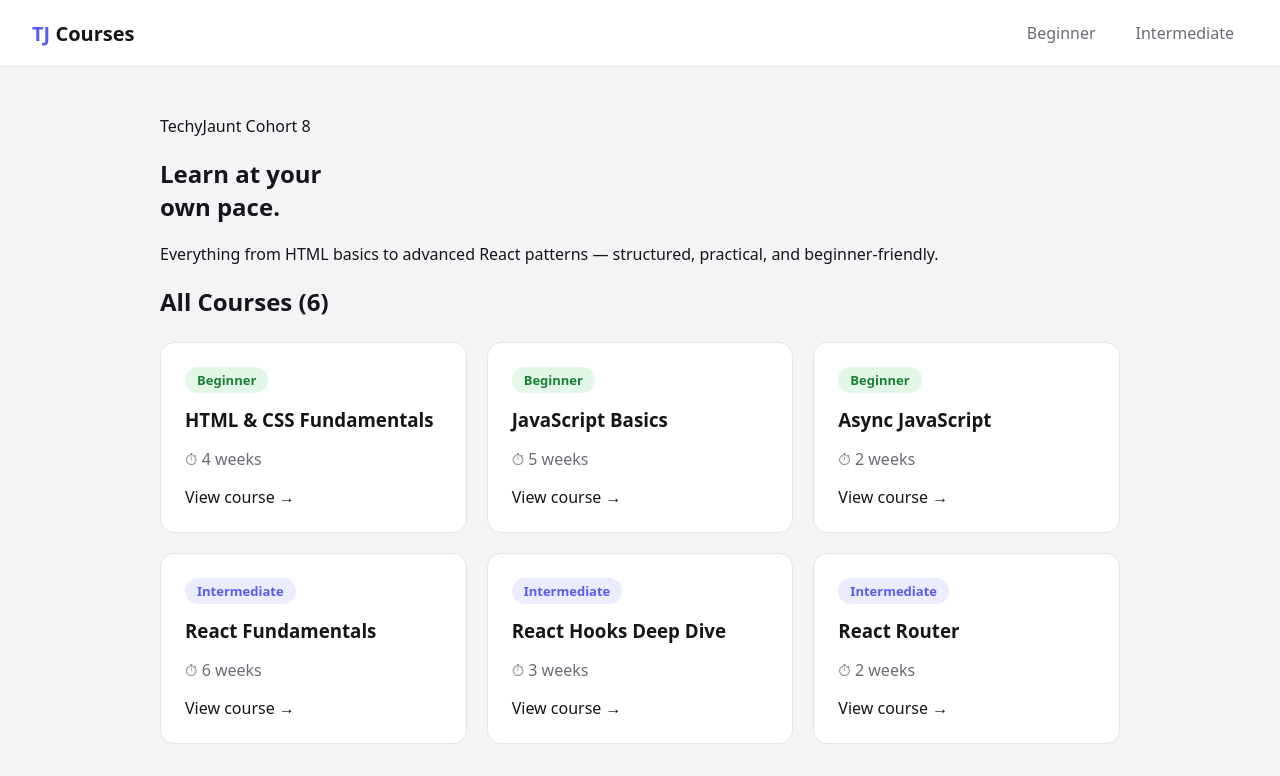
Repository: Daki-builds/Course-Catalog
Page: /
An editor plug-in stored every save of this project. The page is shown before and after the next save, followed by the edit.
The browser window is 1280 px wide. The pictures show the whole page.
The project was rebuilt for these pictures with package versions that can differ from the ones it lists, and the page was loaded fresh each time. Also part of the build but not shown: vite.config.js, src/Pages/CourseDetail.jsx, src/Pages/Category.jsx, src/Pages/NotFound.jsx.

Above is the page before, as saved 2026-11-04 11:48:54.

### index.html
<!doctype html>
<html lang="en">
  <head>
    <meta charset="UTF-8" />
    <link rel="icon" type="image/svg+xml" href="/favicon.svg" />
    <meta name="viewport" content="width=device-width, initial-scale=1.0" />
    <title>week-11</title>
  </head>
  <body>
    <div id="root"></div>
    <script type="module" src="/src/main.jsx"></script>
  </body>
</html>

### src/main.jsx
import React from "react";
import ReactDOM from "react-dom/client";
import { BrowserRouter } from "react-router-dom";
import App from "./App.jsx";
import "./index.css";

ReactDOM.createRoot(document.getElementById("root")).render(
  <React.StrictMode>
    <BrowserRouter>
      <App />
    </BrowserRouter>
  </React.StrictMode>,
);

### src/App.jsx
import { Routes, Route } from "react-router-dom";
import Navbar from "./components/Navbar";
import Home from "./pages/Home";
import CourseDetail from "./pages/CourseDetail";
import Category from "./pages/Category";
import NotFound from "./pages/NotFound";

export default function App() {
  return (
    <>
      <Navbar />
      <main className="container">
        <Routes>
          <Route path="/" element={<Home />} />
          <Route path="/courses/:slug" element={<CourseDetail />} />
          <Route path="/category/:category" element={<Category />} />
          <Route path="*" element={<NotFound />} />
        </Routes>
      </main>
    </>
  );
}

### src/index.css
* {
  box-sizing: border-box;
}

body {
  margin: 0;
  font-family: system-ui, sans-serif;
  background: #f4f4f6;
  color: #15151a;
}

.container {
  max-width: 1000px;
  margin: 0 auto;
  padding: 32px 20px;
}

/* Navbar */
.navbar {
  display: flex;
  align-items: center;
  gap: 12px;
  padding: 14px 32px;
  background: #fff;
  border-bottom: 1px solid #e5e5ea;
}
.logo {
  font-weight: 800;
  font-size: 20px;
  color: #5b5bf0;
  text-decoration: none;
  margin-right: auto;
}
.logo span {
  color: #15151a;
}
.nav-link {
  padding: 8px 14px;
  border-radius: 8px;
  text-decoration: none;
  color: #6b6b76;
}
.nav-link:hover {
  background: #f4f4f6;
}
.nav-link.active {
  background: #ececff;
  color: #5b5bf0;
  font-weight: 600;
}

/* Cards */
.grid {
  display: grid;
  grid-template-columns: repeat(auto-fill, minmax(260px, 1fr));
  gap: 20px;
  margin-top: 24px;
}
.card {
  background: #fff;
  border: 1px solid #e5e5ea;
  border-radius: 14px;
  padding: 24px;
  text-decoration: none;
  color: inherit;
  transition:
    transform 0.15s,
    box-shadow 0.15s;
}
.card:hover {
  transform: translateY(-3px);
  box-shadow: 0 8px 20px rgba(0, 0, 0, 0.08);
}
.card h3 {
  margin: 14px 0 8px;
}

/* Badges */
.badge {
  display: inline-block;
  padding: 4px 12px;
  border-radius: 999px;
  font-size: 13px;
  font-weight: 600;
  background: #e3f7e8;
  color: #1a7f37;
}
.badge.intermediate {
  background: #ececff;
  color: #5b5bf0;
}

.muted {
  color: #6b6b76;
}

/* Detail page */
.panel {
  background: #fff;
  border: 1px solid #e5e5ea;
  border-radius: 14px;
  padding: 24px;
  line-height: 1.7;
}
.topics {
  list-style: none;
  padding: 0;
}
.topics li {
  background: #fff;
  border: 1px solid #e5e5ea;
  border-radius: 10px;
  padding: 14px 18px;
  margin-bottom: 10px;
}

/* Buttons */
.btn,
.btn-outline {
  display: inline-block;
  padding: 12px 24px;
  border-radius: 8px;
  font-size: 16px;
  cursor: pointer;
  text-decoration: none;
}
.btn {
  background: #5b5bf0;
  color: #fff;
  border: none;
}
.btn:hover {
  background: #4a4ad8;
}
.btn-outline {
  background: #fff;
  border: 1px solid #e5e5ea;
}
.btn-outline:hover {
  background: #f4f4f6;
}

.center {
  text-align: center;
  padding: 60px 0;
}

### src/Components/Navbar.jsx
import { Link, NavLink } from "react-router-dom";

export default function Navbar() {
  const linkClass = ({ isActive }) =>
    isActive ? "nav-link active" : "nav-link";

  return (
    <nav className="navbar">
      <Link to="/" className="logo">
        TJ <span>Courses</span>
      </Link>
      <NavLink to="/category/Beginner" className={linkClass}>
        Beginner
      </NavLink>
      <NavLink to="/category/Intermediate" className={linkClass}>
        Intermediate
      </NavLink>
    </nav>
  );
}

### src/Pages/Home.jsx
import { courses } from "../data/courses";
import CourseCard from "../components/CourseCard";

export default function Home() {
  return (
    <>
      <section className="hero">
        <p className="eyebrow">TechyJaunt Cohort 8</p>
        <h1>
          Learn at your <br /> own pace.
        </h1>
        <p className="intro">
          Everything from HTML basics to advanced React patterns — structured,
          practical, and beginner-friendly.
        </p>
      </section>

      <div className="section-head">
        <h2>
          All Courses <span className="count">({courses.length})</span>
        </h2>
      </div>

      <div className="grid">
        {courses.map((c) => (
          <CourseCard key={c.slug} course={c} />
        ))}
      </div>
    </>
  );
}

### src/data/courses.js
export const courses = [
  {
    id: 1,
    slug: "html-css-fundamentals",
    title: "HTML & CSS Fundamentals",
    category: "Beginner",
    duration: "4 weeks",
    description:
      "Learn the building blocks of every website. You will understand how browsers read HTML structure and how CSS turns raw markup into a polished, responsive layout.",
    topics: [
      "HTML document structure",
      "CSS selectors and specificity",
      "The box model",
      "Flexbox",
      "Responsive design with media queries",
    ],
  },
  {
    id: 2,
    slug: "javascript-basics",
    title: "JavaScript Basics",
    category: "Beginner",
    duration: "5 weeks",
    description:
      "Write your first real programs. This course covers the core language features every JavaScript developer uses daily, from variables and loops to working with the DOM.",
    topics: [
      "Variables, data types, and operators",
      "Functions and scope",
      "Arrays and objects",
      "DOM selection and manipulation",
      "Event listeners",
    ],
  },
  {
    id: 3,
    slug: "async-javascript",
    title: "Async JavaScript",
    category: "Beginner",
    duration: "2 weeks",
    description:
      "Understand how JavaScript handles tasks that take time — like fetching data from an API. You will learn callbacks, Promises, and the async/await syntax.",
    topics: [
      "The call stack and event loop",
      "Callbacks",
      "Promises",
      "async / await",
      "Fetching data with the Fetch API",
    ],
  },
  {
    id: 4,
    slug: "react-fundamentals",
    title: "React Fundamentals",
    category: "Intermediate",
    duration: "6 weeks",
    description:
      "Build interactive UIs with React. You will learn how to think in components, manage state, pass data with props, and run side effects with hooks.",
    topics: [
      "JSX and component structure",
      "Props",
      "useState",
      "useEffect",
      "Controlled inputs",
      "Conditional rendering",
    ],
  },
  {
    id: 5,
    slug: "react-hooks-deep-dive",
    title: "React Hooks Deep Dive",
    category: "Intermediate",
    duration: "3 weeks",
    description:
      "Go beyond useState. This course covers the hooks that experienced React developers reach for every day and teaches you when — and why — to use each one.",
    topics: [
      "useRef",
      "useContext",
      "useReducer",
      "useMemo and useCallback",
      "Building custom hooks",
    ],
  },
  {
    id: 6,
    slug: "react-router",
    title: "React Router",
    category: "Intermediate",
    duration: "2 weeks",
    description:
      "Add real page navigation to your React apps. You will set up multiple routes, navigate between pages without a reload, and build dynamic routes that change based on the URL.",
    topics: [
      "BrowserRouter, Routes, and Route",
      "Link and NavLink",
      "Dynamic routes with useParams",
      "Programmatic navigation with useNavigate",
      "Handling unknown routes",
    ],
  },
];

### src/Components/CourseCard.jsx
import { Link } from "react-router-dom";

export default function CourseCard({ course }) {
  return (
    <Link to={`/courses/${course.slug}`} className="card">
      <span className={`badge ${course.category.toLowerCase()}`}>
        {course.category}
      </span>
      <h3>{course.title}</h3>
      <p className="muted">⏱ {course.duration}</p>
      <span className="card-link">View course →</span>
    </Link>
  );
}

After the next save:
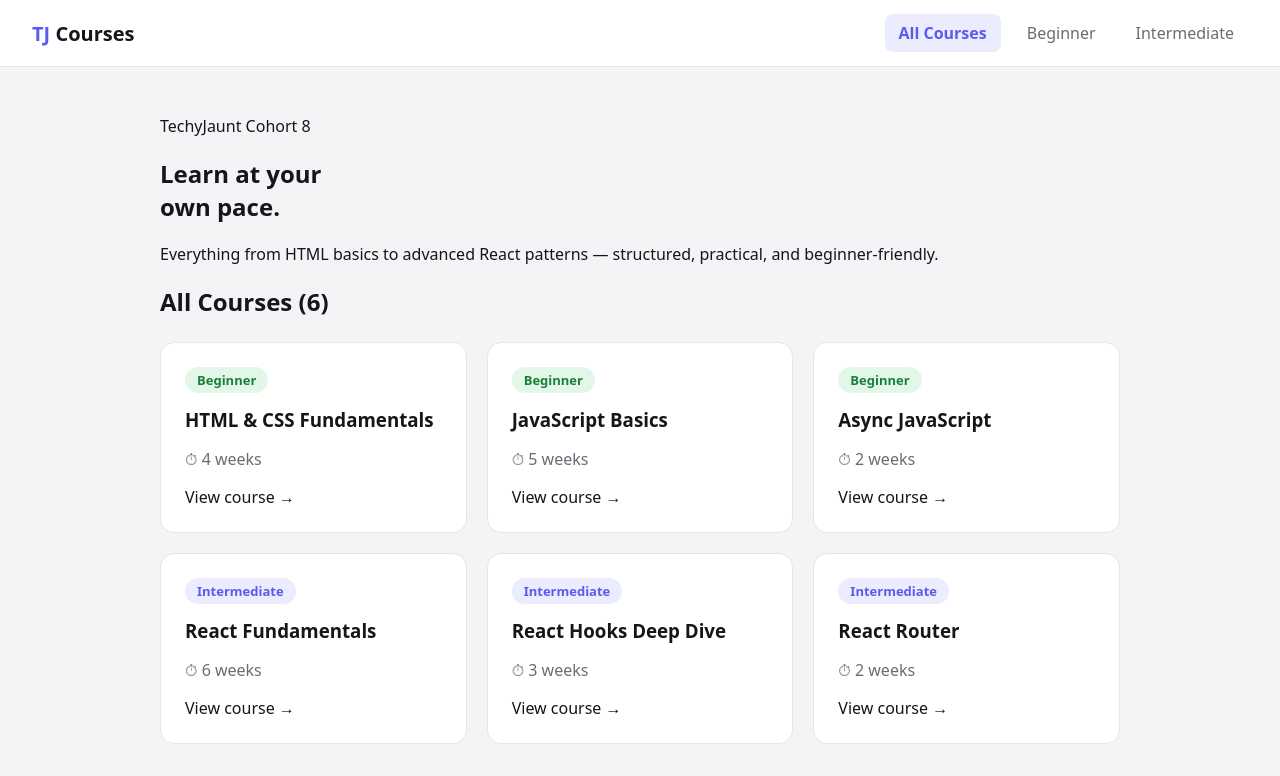
Saved 51 s later.
--- a/src/Components/Navbar.jsx
+++ b/src/Components/Navbar.jsx
@@ -9,6 +9,9 @@ export default function Navbar() {
       <Link to="/" className="logo">
         TJ <span>Courses</span>
       </Link>
+      <NavLink to="/" end className={linkClass}>
+        All Courses
+      </NavLink>
       <NavLink to="/category/Beginner" className={linkClass}>
         Beginner
       </NavLink>
